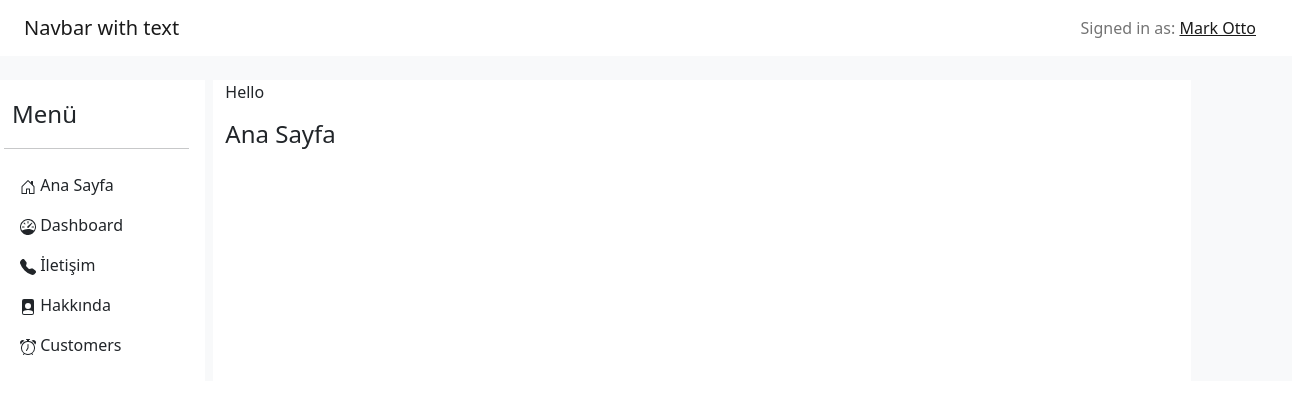
Repository: okankrdg/ReactCoreTemplate
Page: / (app in ReactCoreTemplate/client/)
These files come from the project's save history. The page is drawn as it stood at one moment and after the next save; the edit follows.
The browser window is 1280 px wide. The page is 1292 px wide, so the pictures cover 1292 px, including what lies to the right of the window. The pictures show the whole page.
The project was rebuilt for these pictures with package versions that can differ from the ones it lists, and the page was loaded fresh each time. Also part of the build but not shown: ReactCoreTemplate/client/src/App.css.

Above is the page before, as saved 2021-09-06 23:18:53.

After the next save:
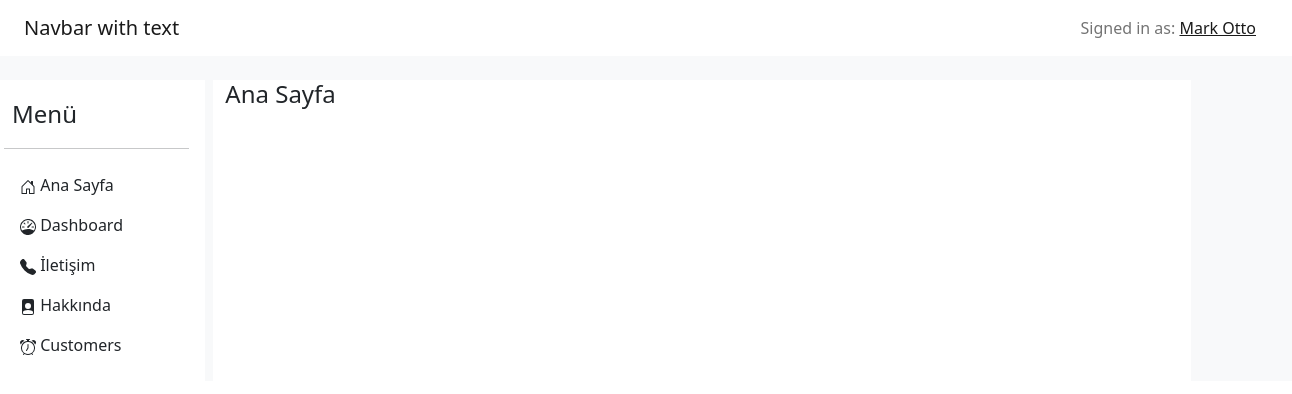
Saved 16 s later.
--- a/ReactCoreTemplate/client/src/App.js
+++ b/ReactCoreTemplate/client/src/App.js
@@ -6,7 +6,6 @@ function App() {
   return (
     <Layout>
       <div className="col-md-9 bg-white mx-2">
-        <p>Hello</p>
         <Switch>
           <Route path="/about">
             <About />
